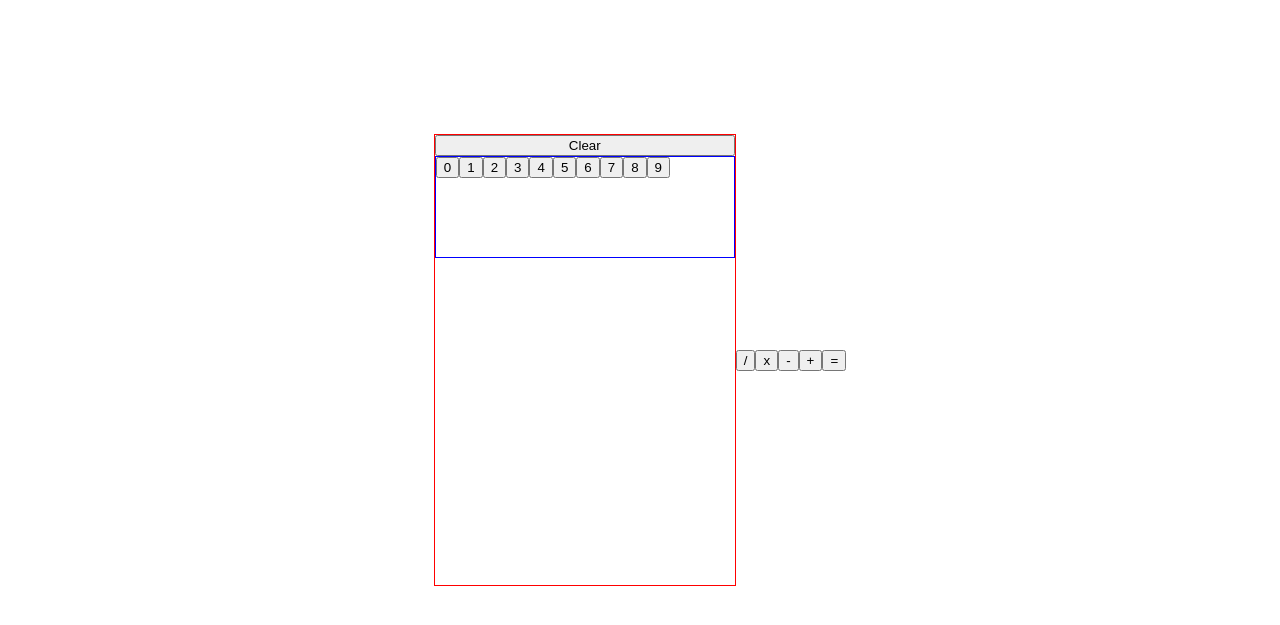
Repository: kocokoy/Calculator
Page: index.html
The author's editor kept a copy of each file at every save. The page is drawn from the files as they stood at one save, then again after the next save.
The browser window is 1280 px wide. The pictures show the whole page.

Above is the page before, as saved 2024-10-22 13:42:57.

### index.html
<!DOCTYPE html>
<html lang="en">
<head>
  <meta charset="UTF-8">
  <meta name="viewport" content="width=device-width, initial-scale=1.0">
  <link rel="stylesheet" href="/style.css">
  <title>Document</title>
</head>
<body>
  <div class="calculator-container">
    <div class="output-number"></div>
    <div class="number-and-clear-container">
      <div class="clear-button-container">
        <button class="clear-button">Clear</button>
      </div>
      <div class="number-container">

      </div>
    </div>
    <div class="operator-container">
    </div>
  </div>
  <script src="/script.js"></script>
</body>
</html>

### style.css
body{
  padding: 0;
  margin: 0;
  height: 100%;
}
.calculator-container{
  display: flex;
  align-items: center;
  justify-content: center;
  height: 100vh;
}
.number-and-clear-container{
  border: 1px solid red;
  height: 450px;
  width: 300px;
  display: block;
}
.clear-button-container{
  display: grid;
}
.number-container{
  /* display: grid;
  grid-template-columns: 1fr 1fr 1fr; */
  border: 1px solid blue;
  height: 100px;
}
.zero-button{
  display: grid;
  grid-template-columns: 1fr;
}

### script.js
const calculatorButton = [1,2,3,4,5,6,7,8,9,0];
const operatorContent = ['/','x','-','+','='];
const numberContainer = document.querySelector('.number-container');
const numberButton = document.querySelectorAll('.number-button');
const operatorContainer = document.querySelector('.operator-container');
const operatorButton = document.querySelectorAll('.operator-button');
const outputElement = document.querySelector('.output-number');

let num1 = '';
let num2 = '';
let operator = '';
let result = 0;
let equals ='';
let html = '';

const descendedNumber = calculatorButton.sort((a,b) => a-b)
descendedNumber.forEach(num => {
    const button = document.createElement('button');
    button.classList.add('number-button');
    button.textContent = num;
    numberContainer.appendChild(button);
});

operatorContent.forEach(oper => {
  const button = document.createElement('button');
  button.classList.add('operator-button');
  button.textContent = oper;
  operatorContainer.appendChild(button);
});


operatorButton.forEach((operButton,i) => {
  operButton.addEventListener('click', () => {
    if(operButton.textContent != '='){
      operator = operButton.textContent;
      outputElements(operator);
    }else{
      equals = operButton.textContent;
      if(equals === '='){
        console.log(`${num1}${operator}${num2}`)
        operate(num1,num2,operator);
      }
    }

  })
})

numberButton.forEach((numButton,i) => {
  numButton.addEventListener('click', () => {

    if (operator === '') {
      num1 += numButton.textContent;
      outputElements(numButton.textContent);
      console.log('Num1:', num1);
    } else {
      num2 += numButton.textContent;
      outputElements(numButton.textContent);
      console.log('Num2:', num2);
    }
  })
})


function outputElements(a){
  if(num1 && num2 && operator && equals){
    outputElement.textContent = '';
    outputElement.textContent = a;
  }else{
    html+=a;
    console.log(html);
    outputElement.textContent = html;
  }
}




function operate(num1,num2,operator){
  number1 = parseInt(num1,10);
  number2 = parseInt(num2,10);
  if(operator === '+'){
    addOperator(number1,number2);
  }else if(operator === '-'){
    minusOperator(number1,number2);
  }else if(operator === '*'){
    timesOperator(number1,number2);
  }else if(operator === '/'){
    divideOperator(number1,number2);
  }
}


const addOperator = (a,b) => {
  console.log(a,b);
  result = a + b;
  outputElements(result);
  return console.log(result);
}

const minusOperator = (a,b) => {
  result = a-b;
  outputElements(result);
  return console.log(result);
}

const timesOperator = (a,b) => {
  result = a*b;
  outputElements(result);
  return console.log(result);
}

const divideOperator = (a,b) => {
  sum = a/b;
  outputElements(result);
  return console.log(result);
}

After the next save:
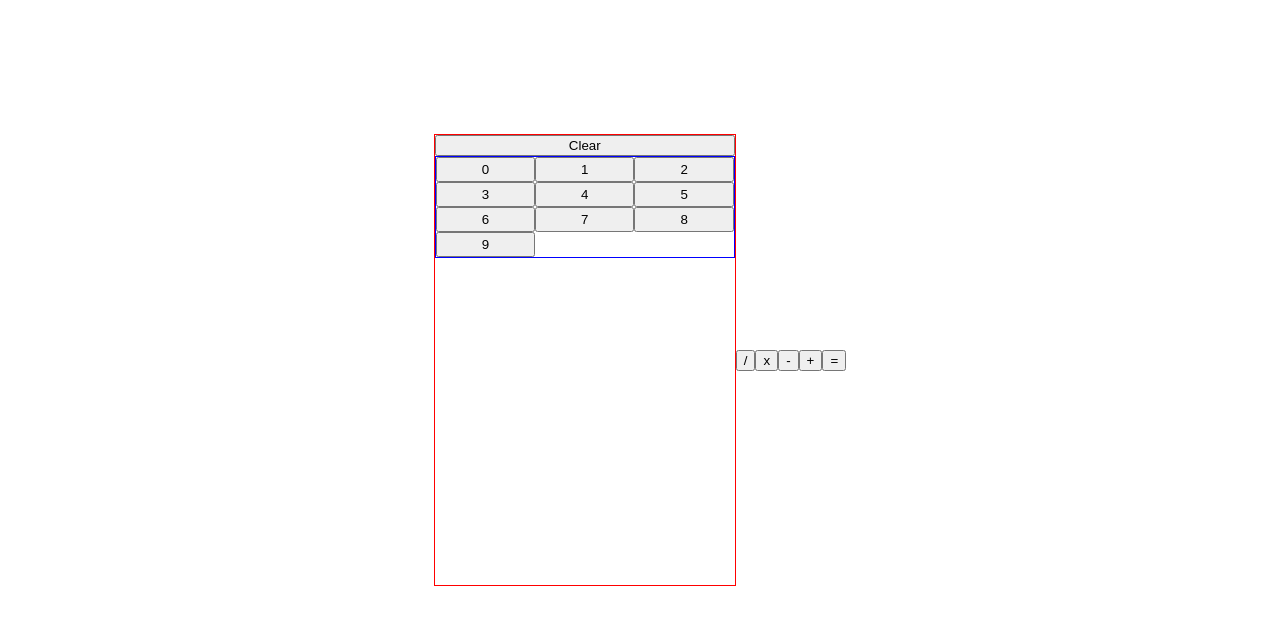
Saved 8 s later.
--- a/style.css
+++ b/style.css
@@ -19,8 +19,8 @@ body{
   display: grid;
 }
 .number-container{
-  /* display: grid;
-  grid-template-columns: 1fr 1fr 1fr; */
+  display: grid;
+  grid-template-columns: 1fr 1fr 1fr;
   border: 1px solid blue;
   height: 100px;
 }
